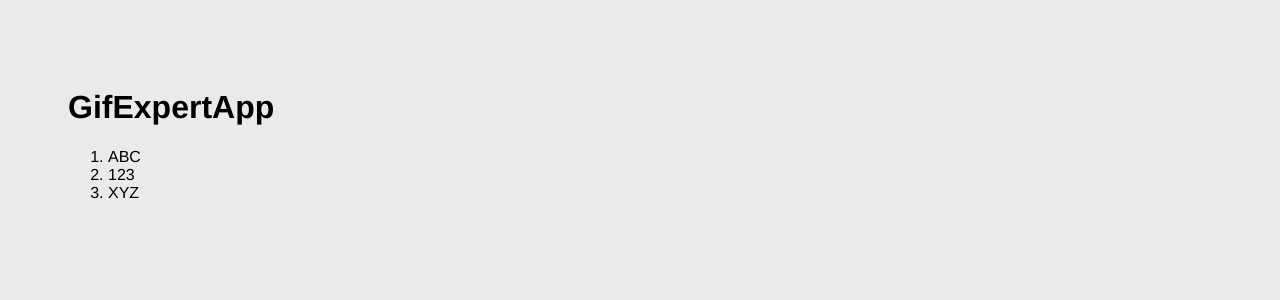
Repository: bryanesteban/gif-expert-app
Page: /
The author's editor kept a copy of each file at every save. The page is drawn from the files as they stood at one save, then again after the next save.
The browser window is 1280 px wide. The pictures show the whole page.
The project was rebuilt for these pictures with package versions that can differ from the ones it lists, and the page was loaded fresh each time. Also part of the build but not shown: vite.config.js.

Above is the page before, as saved 2024-06-11 21:27:24.

### src/main.jsx
import React from 'react'
import ReactDOM from 'react-dom/client'
import { GifExpertApp } from './GifExpertApp'

import './styles.css';

ReactDOM.createRoot(document.getElementById('root')).render(
  <React.StrictMode>
    <GifExpertApp />
  </React.StrictMode>,
)

### src/GifExpertApp.jsx
import { useState } from "react";


export const GifExpertApp = () => {




    const [ categories , setCategories ] = useState([ 'One Punch']);

    console.log(categories);

    return (
    <>
    {/*Titulo */}
    <h1>GifExpertApp</h1>
    {/*Input */}
    {/*Listado de gif */}
    <ol>
        <li>ABC</li>
        <li>123</li>
        <li>XYZ</li>
    </ol>
    {/* gif Item */}

    </>
  )
};

Loaded but not shown: index.html (common file); src/styles.css (common file)

After the next save:
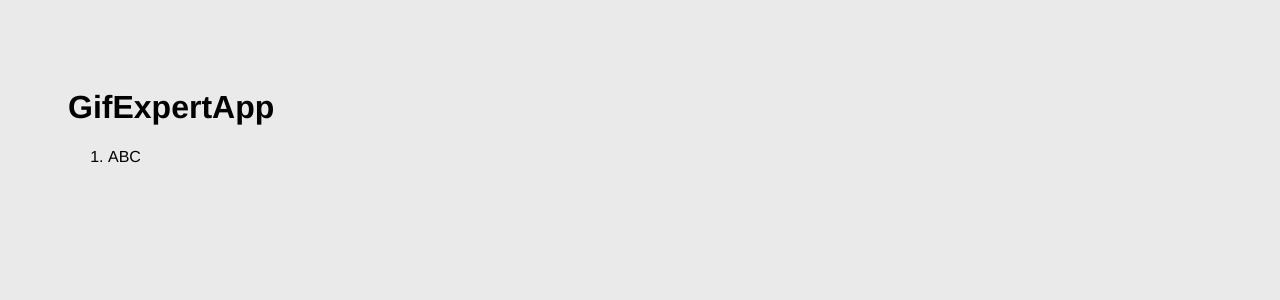
Saved 44 s later.
--- a/src/GifExpertApp.jsx
+++ b/src/GifExpertApp.jsx
@@ -6,7 +6,7 @@ export const GifExpertApp = () => {
 
 
 
-    const [ categories , setCategories ] = useState([ 'One Punch']);
+    const [ categories , setCategories ] = useState([ 'One Punch', 'Dragon Ball']);
 
     console.log(categories);
 
@@ -17,9 +17,9 @@ export const GifExpertApp = () => {
     {/*Input */}
     {/*Listado de gif */}
     <ol>
+        { categories.map }
         <li>ABC</li>
-        <li>123</li>
-        <li>XYZ</li>
+
     </ol>
     {/* gif Item */}
 
